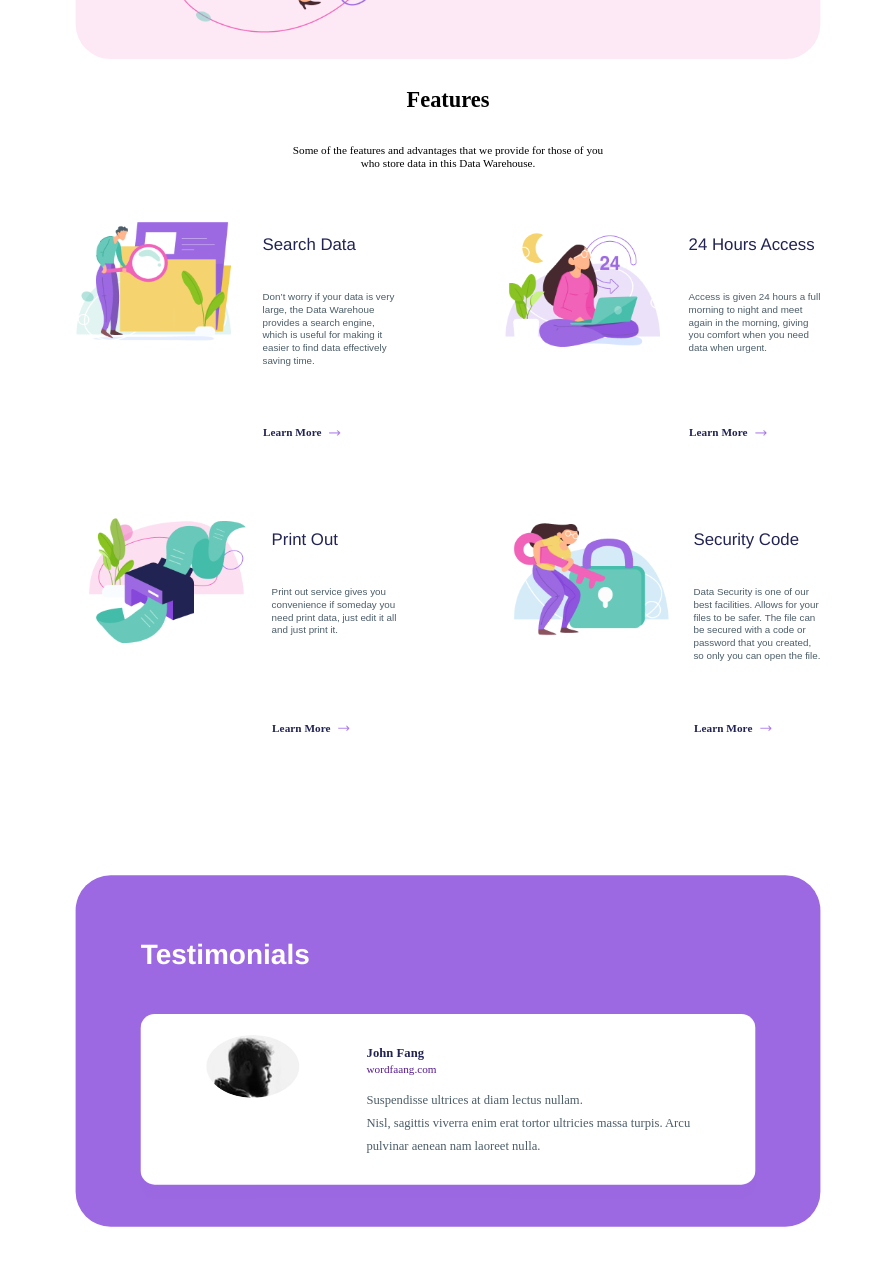
Repository: batonAnton/HW6_flexbox
Page: index.html
The author's editor kept a copy of each file at every save. The page is drawn from the files as they stood at one save, then again after the next save.
The browser window is 1280 px wide. The pictures show the part of the page from y = 1248 to 3168 px (the page is 3071 px tall before and 3168 px after), at 70% of full size.
Some web fonts or font styles are not loaded; a fallback is used.

Above is the page before, as saved 2022-06-18 14:04:08.

After the next save:
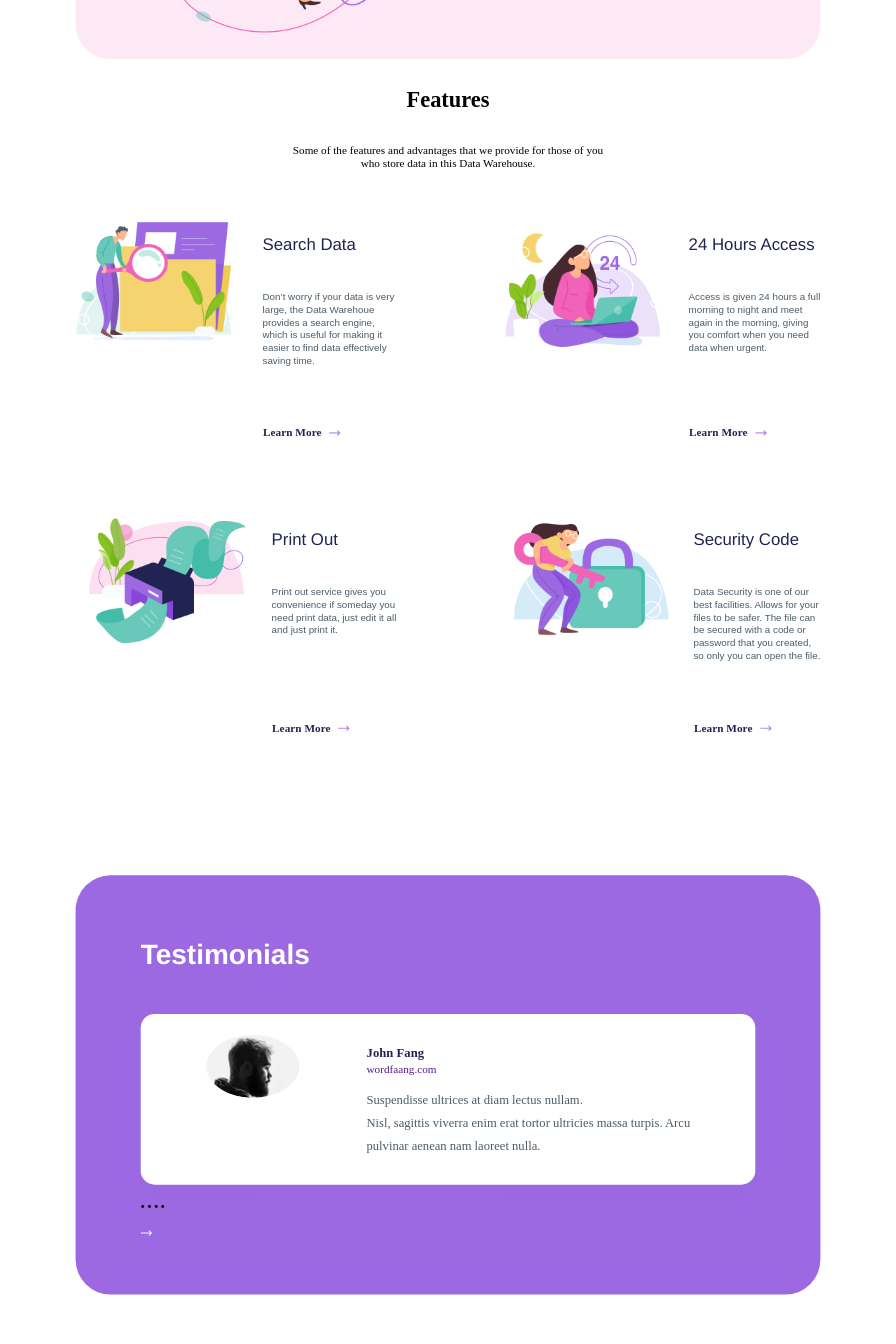
Saved 25 h 18 min later.
--- a/index.html
+++ b/index.html
@@ -184,6 +184,8 @@
                 </p>
             </div>
         </div>
+        <h4>&#x2022 &#x2022 &#x2022 &#x2022</h4>
+        <p> <img src="./images/section3/right-arrow white.png" alt=""></p>
     </div>
 </body>
 </html>
